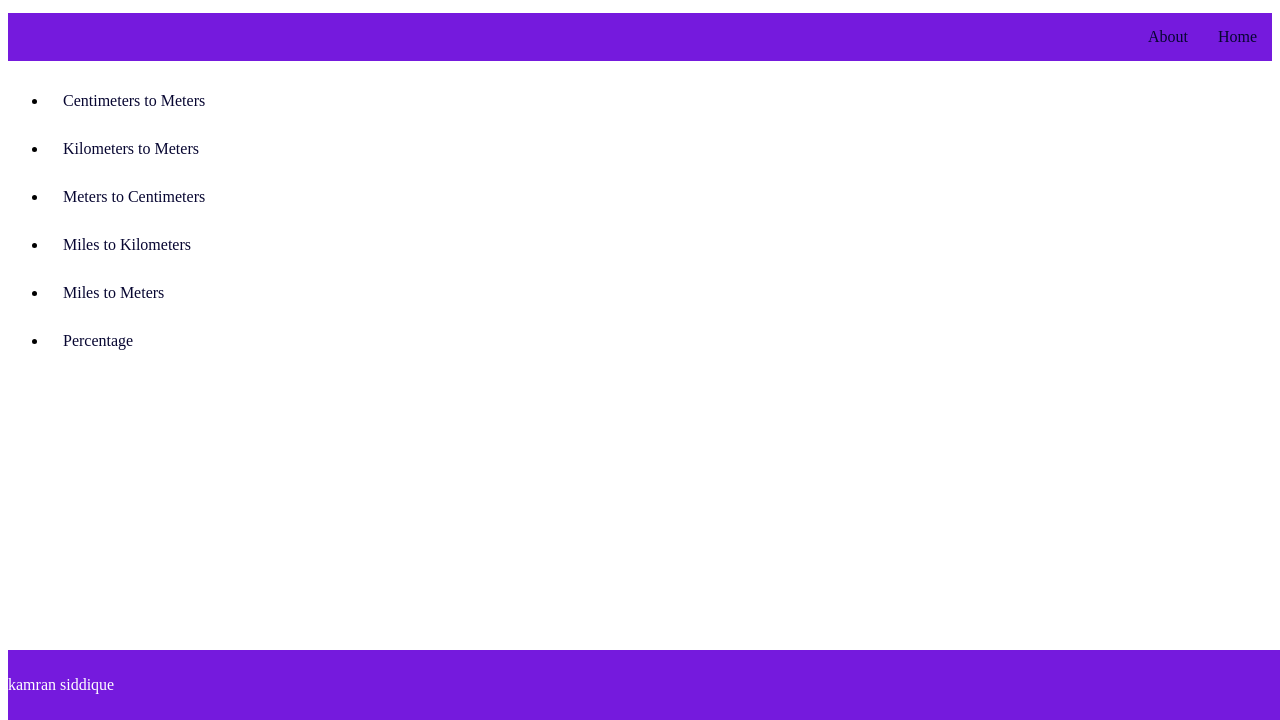
Repository: Kamrangujjar85112/Length-Converter
Page: html/home.html
The author's editor kept a copy of each file at every save. The page is drawn from the files as they stood at one save, then again after the next save.
The browser window is 1280 px wide. The pictures show the whole page.

Above is the page before, as saved 2022-01-21 02:48:25.

### html/home.html
<!-- home -->
<!DOCTYPE html>
<html lang="en">
<head>
    <meta charset="UTF-8">
    <meta http-equiv="X-UA-Compatible" content="IE=edge">
    <meta name="viewport" content="width=device-width, initial-scale=1.0">
    <title>Home</title>
    <link rel="stylesheet" href="../css/style.css">

</head>
<body>
   <div class="header">
        <nav>
            <ul class="nav-ul">
                <li class="nav-li"><a href="#home">Home</a></li>
                <li class="nav-li"><a href="#about">About</a></li>
            </ul>
        </nav>
   </div>
   <div class="container">
       <ul>
           <li class="link">
               <a href="cm_km.html">Centimeters to Meters</a>
           </li>
           <li class="link">
               <a href="km_m.html">Kilometers to Meters</a>
           </li>
           <li class="link">
               <a href="m_cm.html">Meters to Centimeters</a>
           </li>
           <li class="link">
               <a href="mi_km.html">Miles to Kilometers</a>
           </li>
           <li class="link">
               <a href="mi_m.html">Miles to Meters</a>
           </li>
           <li class="link">
               <a href="percentage.html">Percentage</a>
           </li>
       </ul>
   </div>
   <div class="footer">
        <p>kamran siddique</p>
   </div>



</body>
</html>

### css/style.css
  body{
    padding-top: 5px;
    padding-bottom: 40px;
}
.header{
    top: 0;
    width: 100%;
    margin: 0;
    position: relative;

}
.nav-ul{
    list-style-type: none;
    margin: 0;
    padding: 0;
    overflow: hidden;
    background: rgb(117, 26, 221);
  }

  .nav-li {
    float: right;
  }

  li a {
    display: block;
    color: rgb(7, 6, 49);
    text-align:justify;
    padding: 15px 15px;
    text-decoration: none;
  }


  /* Change the link color to #111 (black) on hover */
  li a:hover {
    background-color: #CA7E6F;
  }
.footer{
    bottom: 0;
    width: 100%;
    margin: 0;
    position: fixed;
    background: rgb(117, 26, 221);
    padding: 10px 0;
    color: #fff;
}
/* Some more styles to beutify this example */

After the next save:
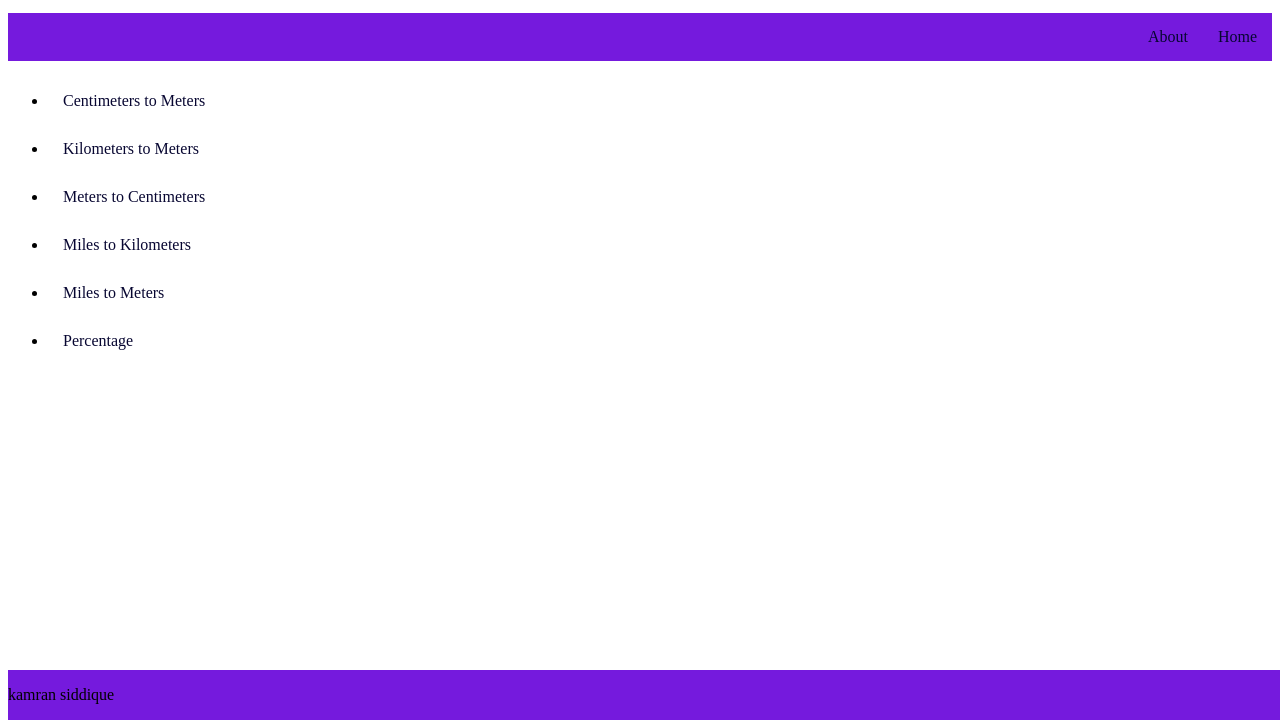
Saved 12 s later.
--- a/css/style.css
+++ b/css/style.css
@@ -40,7 +40,5 @@
     margin: 0;
     position: fixed;
     background: rgb(117, 26, 221);
-    padding: 10px 0;
-    color: #fff;
 }
 /* Some more styles to beutify this example */
